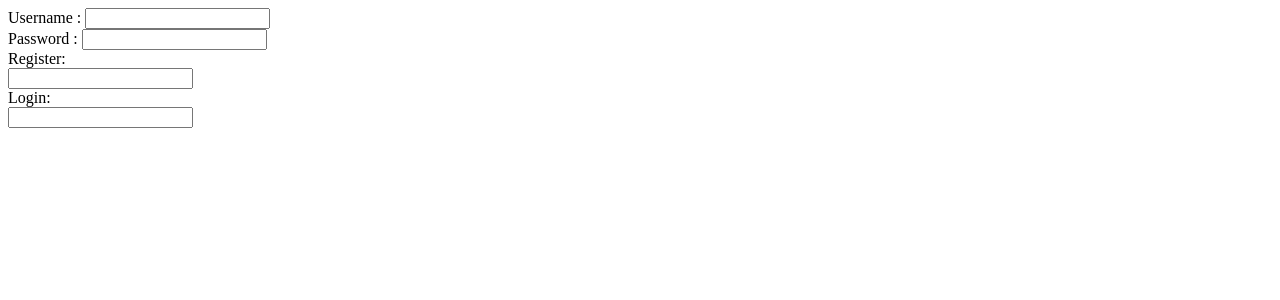
Repository: OrusuRatnamala/JAVA
Page: http://localhost/TrainWeb/
The author's editor kept a copy of each file at every save. The page is drawn from the files as they stood at one save, then again after the next save.
The browser window is 1280 px wide. The pictures show the whole page.
The page is served by Tomcat 9.

Above is the page before, as saved 2023-10-11 00:41:57.

After the next save:
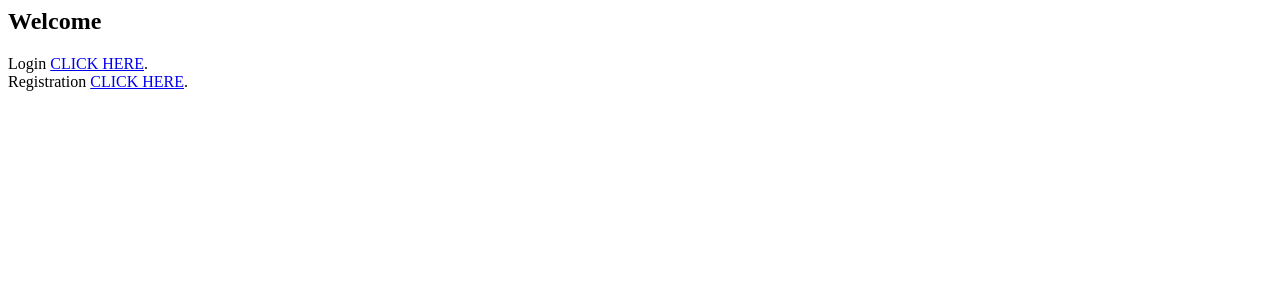
Saved 79 s later.
--- a/springdao/TrainWeb/src/main/webapp/index.jsp
+++ b/springdao/TrainWeb/src/main/webapp/index.jsp
@@ -1,20 +1,20 @@
 <html>
 <body>
-<style>
+	<style>
 body {
-  background-image: url(""C:\Users\jahnavibo\Pictures\train.jpg");
-  background-repeat: no-repeat;
+	background-image: url("" C : \Users\jahnavibo\Pictures\train.jpg ");
+	background-repeat: no-repeat;
 }
 </style>
-<label>Username : </label> <input type="text"
-			 name="username" > <br>
-			 <label>Password
-			: </label> <input type="password"
-			name="password" required><br>
-<label for="Name">Register:</label><br>
-<input type="text" id="Name" name="Name"><br>
-<label for="Name">Login:</label><br>
-<input type="text" id="Name" name="Name"><br>
-<a href="register.jsp"></a><br>
+
+<html>
+<body>
+	<h2>Welcome</h2>
+	Login
+	<a href="login.jsp">CLICK HERE</a>.
+	<br>Registration
+	<a href="registration.jsp">CLICK HERE</a>.
 </body>
 </html>
+</body>
+</html>
